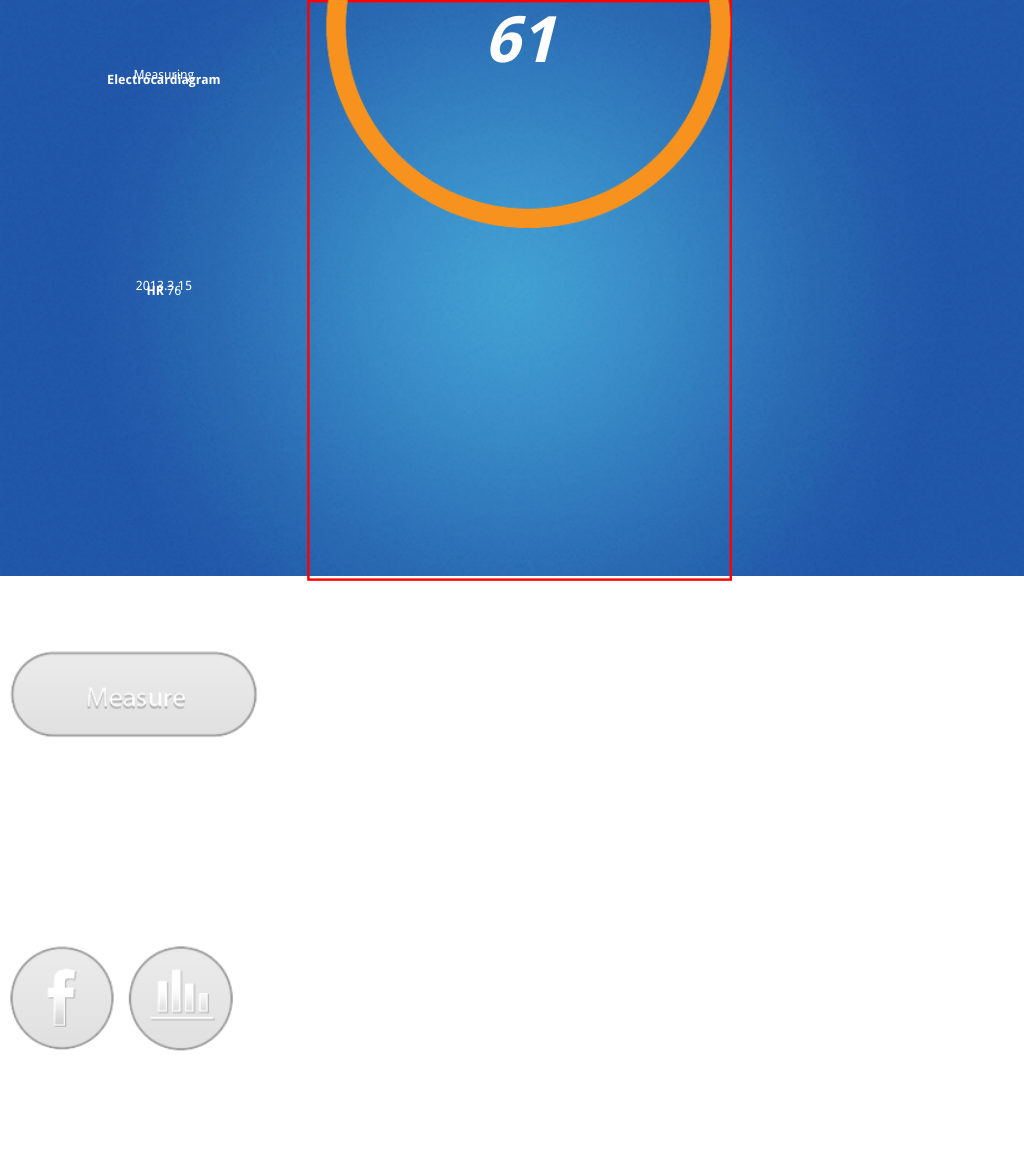
Repository: chouwill79131/IEcontest
Page: BluetoothChat/assets/complete.html
The author's editor kept a copy of each file at every save. The page is drawn from the files as they stood at one save, then again after the next save.
The browser window is 1280 px wide. The pictures show the whole page, at 80% of full size.

Above is the page before, as saved 2013-03-08 18:11:40.
Console error: TypeError: Cannot set properties of null (setting 'innerHTML')

### BluetoothChat/assets/complete.html
<html>
  <head>
    <meta http-equiv="Content-Type" content="text/html; charset=utf-8"/>
    <link href="complete.css" rel="stylesheet"/>
    <script src="jquery.js"></script>
    <script src="highcharts.js"></script>
    <script src="delay.js"></script>
    <script src="main.js"></script>
  </head>
  <body>
    <div id="main" >
    	<div class="left">
			<div class="text">
				<div class="word">Electrocardiagram</div><br />
				<div class="subword">Measuring</div><br />

				<div class="hr">HR <span id="hr">76</span></div><br />
				<div class="date">2013.3.15</div>
			</div>

		</div>

		<div class="mid">
			<div class="score">61</div>
			<img class="circle" src="button/circle.png" />
		</div>

		<div class="right">
			<button class="measure"><img src="button/Measure.png" /></button><br />
			<button class="share" ><img src="button/Share.png" /></button>
			<button class="record"><img src="button/Record.png" /></button>
		</div>




	</div>
  </body>
</html>

### BluetoothChat/assets/complete.css
@font-face {
    font-family: droidsans;
    src: url(fonts/droidsans.ttf);
}

@font-face {
    font-family: DroidSans-Bold;
    src: url(fonts/DroidSans-Bold.ttf);
}

body { margin:0; padding:0;}
#main { width: auto; height: 100%; background-image: url(button/background.png); background-size: 100% 100%; }
.left, .mid, .right {float: left; height: 100%; }


.left {  width: 28%; padding-left:2%;}
.text, .hr , .date{ text-align: center; color:white;}
.word { margin-top: 25%;  font-family: DroidSans-Bold ; }
.subword, .date { margin-top:-12%; font-family: droidsans ;}
.hr {  margin-top: 65%;  font-family: DroidSans-Bold ;}
.date { font-family: droidsans ;}
#hr { font-family: droidsans ;}

.mid { border:solid red ;width: 41%; }
.circle { width: auto; height:70%; margin-left: 4%; }
.score { color:white ; z-index: 1; text-align:center ; font-family: DroidSans-Bold;font-style: italic; ;font-size: 60pt;}
.circle { margin-top: -60%; z-index: 2; }

.right { width: 29%; }
.right button { float: left; border: none; background: transparent; }
.measure img {margin-top: 10%; width: auto;  height:15%; }
.share img, .record img { width: auto;  height:18%; }
.measure { margin-left: 2%; margin-top: 15%; }
.share, .record { background: red;margin-top: 70%; margin-left: 2%; }


<!--
border? font? .record_top
-->

### BluetoothChat/assets/delay.js

$(function(){
setTimeout(function(){
$.getScript("dy_chart.js");
},200)
})

### BluetoothChat/assets/main.js
var chart;
var step = 0.01;	//step0.008每秒125點	//0.005極限
var xstart = step;
var hr = "--";
var score = "--";
var index;
$(document).ready(function ready() {

    var s = "";
    var theDate = new Date();
    s += theDate.getYear()+1900 + ".";                //  年
    s += (theDate.getMonth() + 1) + ".";				// 月
    s += theDate.getDate(); 							// 日
    document.getElementById("date").innerHTML = s;
    index = document.getElementById("main").innerHTML; //保留首頁

    $(".measure").live("click", function() {
      measure();
    }); //click .measure


}); //(document).ready

function shared(){
	view1 = document.getElementById("rhythm").innerHTML;
	document.getElementById("rhythm").innerHTML = view1+'<img class="stop" src="button/complete.png" style="width:100%; margin-top: -50% ;z-index:5;position: relative;" />';
	$("#main").live("click", function() {
      document.getElementById("rhythm").innerHTML = view1;
    });
}

function complete(hr1,score1){
  hr = hr1;
  score = score1;
  view = document.getElementById("dy_chart").innerHTML;
  document.getElementById("dy_chart").innerHTML = view+'<img class="stop" src="button/Completed.png" style="width:50%; margin: -20% 0% 0% 25%; z-index:2;position: relative;" />';
  $(".stop").html('<img src="button/Continue.png" />');
}

function addSomething(a) {
  for (var i in a){
    chart.series[0].addPoint([xstart,a[i]],false,true);
    xstart += step;
  }
  chart.redraw();
}

function history(history){
	view2 = document.getElementById("main").innerHTML;
    $("#main").html(
    '<div class="main1">'+
	'<div class="contain">'+
	'<div id="dy_chart" style="z-index:1;position: relative;"></div>'+
	'</div>'+
	'<div id="foot">'+
	'<button class="stop">'+
	'<img src="button/Back.png" />'+
	'</button>'+
	'</div>'+
    '</div>'
    );

    Highcharts.setOptions({
      global: {
	useUTC: true
      }
    });

    hischart = new Highcharts.Chart({
      chart: {
		renderTo: 'dy_chart',
		backgroundColor: 'transparent',
		type: 'line',
      },
      title: {
		style:{ color: '#FFFFFF'},
		text: 'Measure history',
      },
      credits: {			// highchart.com
		enabled:false
      },
      legend: {  			// 線的標示
        enabled: false
      },
      xAxis: {
      	type: 'datetime',
		dateTimeLabelFormats: { // don't display the dummy year
	  		month: '%e. %b',
	  		year: '%b'
		},
		lineColor: '#FFFFFF',
		labels: {
	  		style: {
				color: '#FFFFFF',
			}
		}
	  },
	  yAxis: {
	    title: {text: 'Feeling',
	    			style: {
						color: '#FFFFFF',
					}
				},
	  	gridLineColor: '#FFFFFF',
	  	labels: {
	  		style: {
				color: '#FFFFFF',
			}
		}
	  },
	  plotOptions: {
                line: {
                    dataLabels: {
                        enabled: true,
                        color: '#FFFFFF',
                    },
                    enableMouseTracking: true,
                }
      },
	series: [{
	  name: 'measure history',
	  color: '#FFFFFF',
	  data: history
	}],
    });

    $(".stop").live("click", function(){
 //     hr = "--";
      $(".main1").html(view2);
 //     document.getElementById("hr").innerHTML = hr;
    });
};// .record click

function measure(){
	xstart = 0.01;
	$("#main").html('<div class="main1">'+
		'<div class="contain">'+
		'<div id="dy_chart" style="z-index:1;position: relative;"></div>'+
		'</div>'+
		'<div id="foot">'+
		'<button class="stop" onclick="window.MyHandler.disconnect()">'+
		'<img src="button/Stop.png" />'+
		'</button>'+
		'</div>'+
      	'</div>');
    Highcharts.setOptions({
      global: {useUTC: true }
    });
    chart = new Highcharts.Chart({
      chart: {
		renderTo: 'dy_chart',
		backgroundColor: 'transparent',
		type: 'spline',
		marginRight: 10,
      },
      credits: {enabled:false},
      title: {
		style:{ color: '#FFFFFF'},
		text: 'Electrondiagram',
      },
      xAxis: {
		type: 'x Axis',
		style:{ color: '#FFFFFF'},
		tickPixelInterval: 100,
		lineColor: '#FFFFFF',
		labels: {style: {color: '#FFFFFF'}},
      },
      yAxis: {
      	title: {
      		text: 'Score',
      		style: {color: '#FFFFFF'}},
	  		gridLineColor: '#FFFFFF',
	  		labels: {style: {color: '#FFFFFF'}},
			//max:1500,
			//min:0,
			title: {
	  			style:{ color: '#FFFFFF'},
	  			text: 'PPG'
	  		},
			plotLines: [{value: 0,width: 1}]
      	},
      	legend: {enabled: false},
      	exporting: {enabled: false},
      	plotOptions: {
			spline: {
	  			lineWidth: 1,
	  			states: {
	    			hover: {
	      				enabled: false,
	      				lineWidth: 2
	    			}
	  			},
	  		marker: {
	    		enabled: false,
	    		states: {
	      			hover: {
						enabled: false,
	      			}
	    		}
	  		},
		}
      }, // yAxis
      series: [{
		name: 'Data',
		color: '#FFFFFF',
		data: (function() {
	  		var data = [];
	  		var step = 0.01;	//step0.008每秒125點	//0.005極限
			var xstart = step;
	  		for (var i = -4; i <= xstart; i+=step){data.push({x: i,y: 0 });}
	  		return data;
		})()
		}]
    }); //Highcharts

    hr = '--';
    score = '--';
    $(".stop").live("click",function() {
      $(".main1").html(index);
      document.getElementById("hr").innerHTML = hr;
      document.getElementById("rhythm").innerHTML = '<div id="score">'+score+'</div><img class="circle" src="button/circle.png" />';
    }); //click .stop
}

### BluetoothChat/assets/dy_chart.js
var chart;
var step = 0.01;	//step0.008每秒125點	//0.005極限
var xstart = step;
//a = Math.random();
var hr = 15;
var score = 80;
function complete(hr1,score1){
	hr = hr1;
	score = score1;
	view = document.getElementById("dy_chart").innerHTML;
	document.getElementById("dy_chart").innerHTML = view+'<img class="stop" src="button/60.png" style="width:50%; margin: -20% 0% 0% 25%; z-index:2;position: relative;" /><br />'+hr+',<br />'+score;
}

function addSomething(a) {
//	setInterval(function() {        			 // for testing feq
	for (var i in a){
		chart.series[0].addPoint([xstart,a[i]],false,true);
		xstart += step;
	}

	/**
	chart.series[0].addPoint([xstart,a],false,true);
	xstart += step;
	**/

	chart.redraw();
//	}, 1000);									// for testing feq
}



$(function () {
	$(".stop").click(function() {
	$(".main1").html('  <div id="main" >'+
    	'<div class="left">'+
			'<div class="text">'+
				'<div class="word">Electrocardiagram</div><br />'+
				'<div class="subword">Measuring</div><br />'+
				'<div class="hr">HR <span id="hr"></span></div>'+
				'<div id="date"></div>'+
			'</div>'+
		'</div>'+
		'<div class="mid" id="mid">'+
			'<div class="score">84</div>'+
			'<img class="circle" src="button/circle.png" />'+
		'</div>'+
		'<div class="right">'+
			'<button class="measure"><img src="button/Measure.png" /></button><br />'+
			'<button class="share" ><img src="button/Share.png" /></button>'+
			'<button class="record"><img src="button/Record.png" /></button>'+
		'</div>'+
	'</div>');
 // 		window.location.href = "complete.html";
	});
    $(document).ready(function() {
        Highcharts.setOptions({
            global: {
                useUTC: false
            }
        });

        chart = new Highcharts.Chart({
            chart: {
                renderTo: 'dy_chart',
                backgroundColor: 'transparent',
                type: 'spline',
                marginRight: 10,
            },
            credits: {
            enabled:false
            }
            ,
            title: {
            	style:{ color: '#FFFFFF'},
                text: 'Electrondiagram',
            },
            xAxis: {
                type: 'x Axis',
                style:{ color: '#FFFFFF'},
                tickPixelInterval: 150
            },
            yAxis: {
            	max:1500,
            	min:0,
                title: {
                	style:{ color: '#FFFFFF'},
                    text: 'Value'
                },
                plotLines: [{
                    value: 0,
                    width: 1,
                }]
            },

            legend: {
                enabled: false
            },
            exporting: {
                enabled: false
            },
	    plotOptions: {
                spline: {
                   lineWidth: 1,
                   states: {
                       hover: {
                       	enabled: false,
                        lineWidth: 2
                       }
                   },
                   marker: {
                      enabled: false,
                      states: {
                          hover: {
                             enabled: false,
                          }
                      }
                  },
               }
            },
            series: [{
                name: 'Data',
                color: '#FFFFFF',
                data: (function() {
                    // generate an array of random data
                    var data = [],
                        time = (new Date()).getTime(),i;

                    for (i = -4; i <= xstart; i+=step) {
                        data.push({
                            x: i,
                            y: 0
                        });
                    }
                    return data;
                })()
            }]
        });
    });
});

Loaded but not shown: BluetoothChat/assets/jquery.js (library); BluetoothChat/assets/highcharts.js (library)

After the next save:
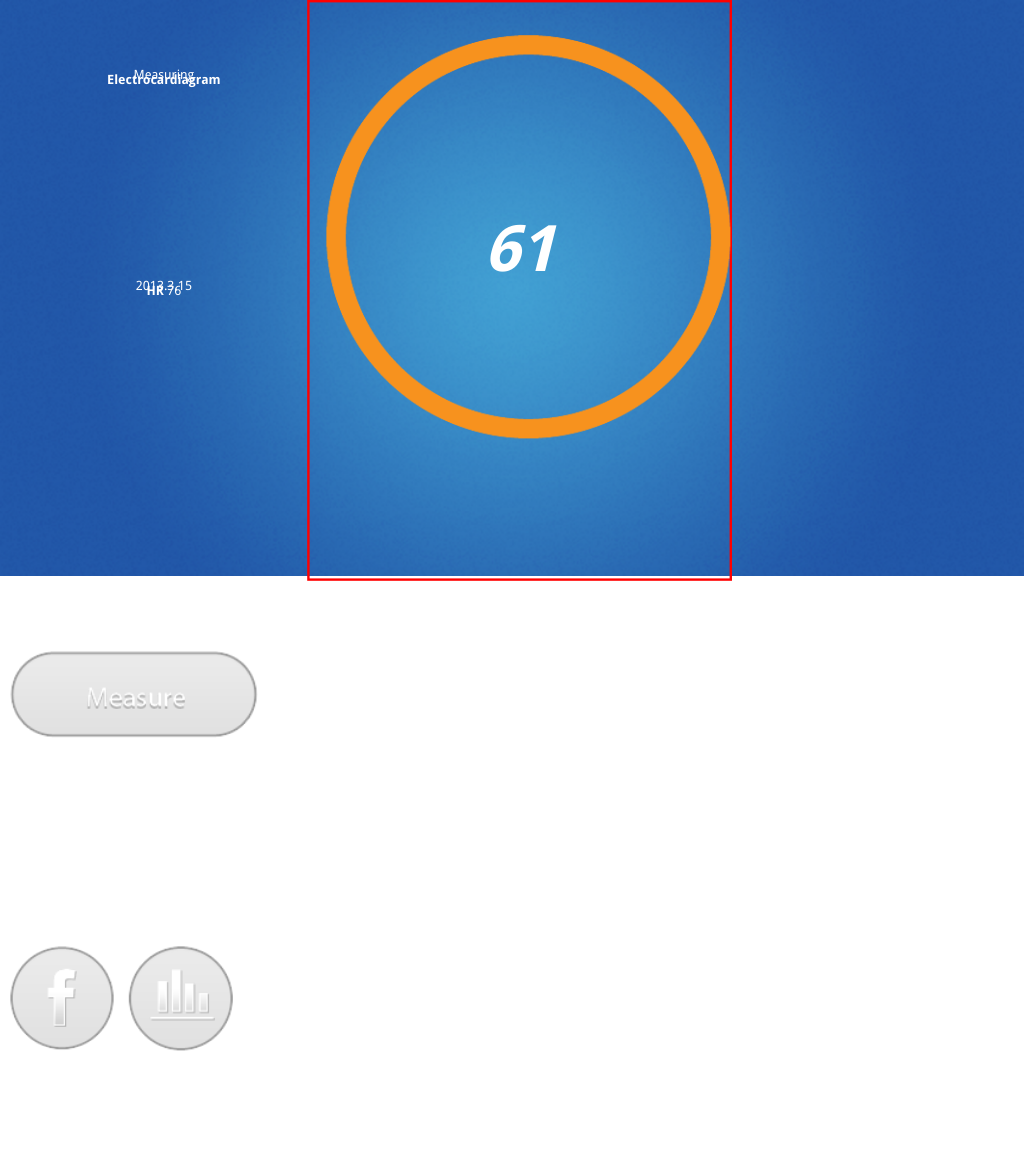
Saved 34 s later.
--- a/BluetoothChat/assets/complete.css
+++ b/BluetoothChat/assets/complete.css
@@ -23,7 +23,7 @@ body { margin:0; padding:0;}
 
 .mid { border:solid red ;width: 41%; }
 .circle { width: auto; height:70%; margin-left: 4%; }
-.score { color:white ; z-index: 1; text-align:center ; font-family: DroidSans-Bold;font-style: italic; ;font-size: 60pt;}
+.score { color:white ; z-index: 1; text-align:center; margin-top:50% ; font-family: DroidSans-Bold;font-style: italic; ;font-size: 60pt;}
 .circle { margin-top: -60%; z-index: 2; }
 
 .right { width: 29%; }
